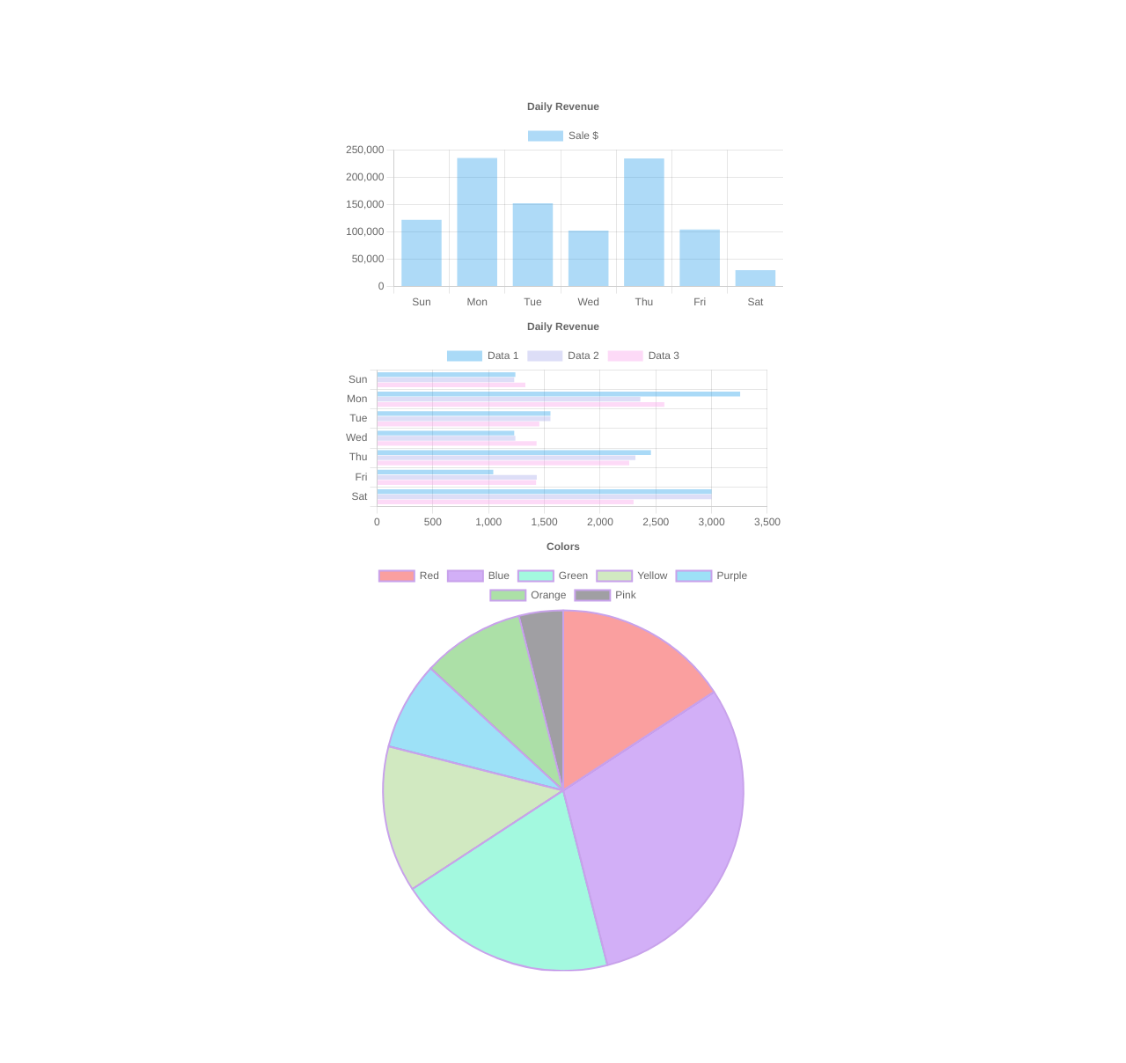
Repository: k8ANStar/exercise-5
Page: /
These files come from the project's save history. The page is drawn as it stood at one moment and after a run of saves; the edit follows.
The browser window is 1280 px wide. The pictures show the whole page, at 88% of full size.
The project was rebuilt for these pictures with package versions that can differ from the ones it lists, and the page was loaded fresh each time. The framework's server and built-in components were replaced by stand-ins that run in the browser. Also part of the build but not shown: next.config.mjs.

Above is the page before, as saved 2024-04-15 10:43:28.

### pages/index.js
import styles from "@/styles/Home.module.css";
import VerticalChart from "@/components/VerticalChart";
import HorizontalChart from "@/components/HorizontalChart";
import PieChart from "@/components/PieChart";

export default function Home() {
	return (
		<>
			<main className={`${styles.main} `}>
				<VerticalChart />

				<HorizontalChart />

				<PieChart />
			</main>
		</>
	);
}

### styles/Home.module.css
.main {
	display: flex;
	flex-direction: column;
	justify-content: space-between;
	align-items: center;
	padding: 6rem;
	min-height: 30vh;
}

### components/VerticalChart/index.js
import styles from "./VerticalChart.module.css";
import { Bar } from "react-chartjs-2";
import {
	Chart as ChartJS,
	CategoryScale,
	LinearScale,
	BarElement,
	Title,
	Tooltip,
	Legend,
} from "chart.js";

import { useEffect, useState } from "react";

ChartJS.register(
	CategoryScale,
	LinearScale,
	BarElement,
	Title,
	Tooltip,
	Legend
);

export default function VerticalChart() {
	const [chartData, setChartData] = useState({
		datasets: [],
	});
	const [chartOptions, setChartOptions] = useState({});

	useEffect(() => {
		setChartData({
			labels: ["Sun", "Mon", "Tue", "Wed", "Thu", "Fri", "Sat"],
			datasets: [
				{
					label: "Sale $",
					data: [122340, 235256, 152455, 102430, 234561, 104326, 30000],
					borderColor: "rgb(53, 162, 235)",
					backgroundColor: "rgb(53, 162, 235, 0.4)",
				},
			],
		});

		setChartOptions({
			plugins: {
				legend: {
					postion: "top",
				},
				title: {
					display: true,
					text: "Daily Revenue",
				},
			},
			maintainAspectRatio: false,
			responsive: true,
		});
	}, []);

	return (
		<div>
			<Bar
				data={chartData}
				options={chartOptions}
				style={{ width: "500px", height: "300px" }}
			/>
		</div>
	);
}

### components/HorizontalChart/index.js
import styles from "./HorizontalChart.module.css";
import { Bar } from "react-chartjs-2";
import {
	Chart as ChartJS,
	CategoryScale,
	LinearScale,
	BarElement,
	Title,
	Tooltip,
	Legend,
} from "chart.js";

import { useEffect, useState } from "react";

ChartJS.register(
	CategoryScale,
	LinearScale,
	BarElement,
	Title,
	Tooltip,
	Legend
);

export default function HorizontalChart() {
	const [chartData, setChartData] = useState({
		datasets: [],
	});
	const [chartOptions, setChartOptions] = useState({});

	useEffect(() => {
		setChartData({
			labels: ["Sun", "Mon", "Tue", "Wed", "Thu", "Fri", "Sat"],
			datasets: [
				{
					label: "Data 1",
					data: [1240, 3256, 1555, 1230, 2456, 1042, 3000],
					borderColor: "rgb(43, 162, 235)",
					backgroundColor: "rgb(43, 162, 235, 0.4)",
				},
				{
					label: "Data 2",
					data: [1230, 2361, 1555, 1240, 2317, 1432, 3000],
					borderColor: "rgb(170, 162, 235)",
					backgroundColor: "rgb(170, 172, 235, 0.4)",
				},
				{
					label: "Data 3",
					data: [1330, 2576, 1455, 1430, 2261, 1426, 2300],
					borderColor: "rgb(250, 162, 235)",
					backgroundColor: "rgb(250, 162, 235, 0.4)",
				},
			],
		});

		setChartOptions({
			indexAxis: "y",
			plugins: {
				legend: {
					postion: "top",
				},
				title: {
					display: true,
					text: "Daily Revenue",
				},
			},
			maintainAspectRatio: true,
			responsive: true,
		});
	}, []);

	return (
		<div>
			<Bar
				data={chartData}
				options={chartOptions}
				style={{ width: "500px", height: "300px" }}
			/>
		</div>
	);
}

### components/PieChart/index.js
import styles from "./PieChart.module.css";
import { Pie } from "react-chartjs-2";
import {
	Chart as ChartJS,
	CategoryScale,
	ArcElement,
	Tooltip,
	Legend,
} from "chart.js";

import { useEffect, useState } from "react";

ChartJS.register(CategoryScale, ArcElement, Tooltip, Legend);

export default function PieChart() {
	const [chartData, setChartData] = useState({
		datasets: [],
	});
	const [chartOptions, setChartOptions] = useState({});

	useEffect(() => {
		setChartData({
			labels: ["Red", "Blue", "Green", "Yellow", "Purple", "Orange", "Pink"],
			datasets: [
				{
					label: "# of Votes",
					data: [12, 23, 15, 10, 6, 7, 3],
					borderColor: "rgb(200, 162, 235)",
					backgroundColor: [
						"rgb(242, 15, 15, 0.4)",
						"rgb(143, 56, 234, 0.4)",
						"rgb(25, 240, 175, 0.4)",
						"rgb(140, 200, 100, 0.4)",
						"rgb(12, 180, 235, 0.4)",
						"rgb(49, 178, 35, 0.4)",
						"rgb(19, 16, 25, 0.4)",
					],
				},
			],
		});

		setChartOptions({
			plugins: {
				legend: {
					postion: "top",
				},
				title: {
					display: true,
					text: "Colors",
				},
			},
			maintainAspectRatio: false,
			responsive: true,
		});
	}, []);

	return (
		<div>
			<Pie
				data={chartData}
				options={chartOptions}
				style={{ width: "500px", height: "300px" }}
			/>
		</div>
	);
}

Loaded but not shown: pages/_app.js (common file); pages/_document.js (common file); styles/globals.css (common file); components/HorizontalChart/HorizontalChart.module.css (no stored copy; drawn as an empty file); components/PieChart/PieChart.module.css (no stored copy; drawn as an empty file); components/VerticalChart/VerticalChart.module.css (no stored copy; drawn as an empty file)

After the next 5 saves:
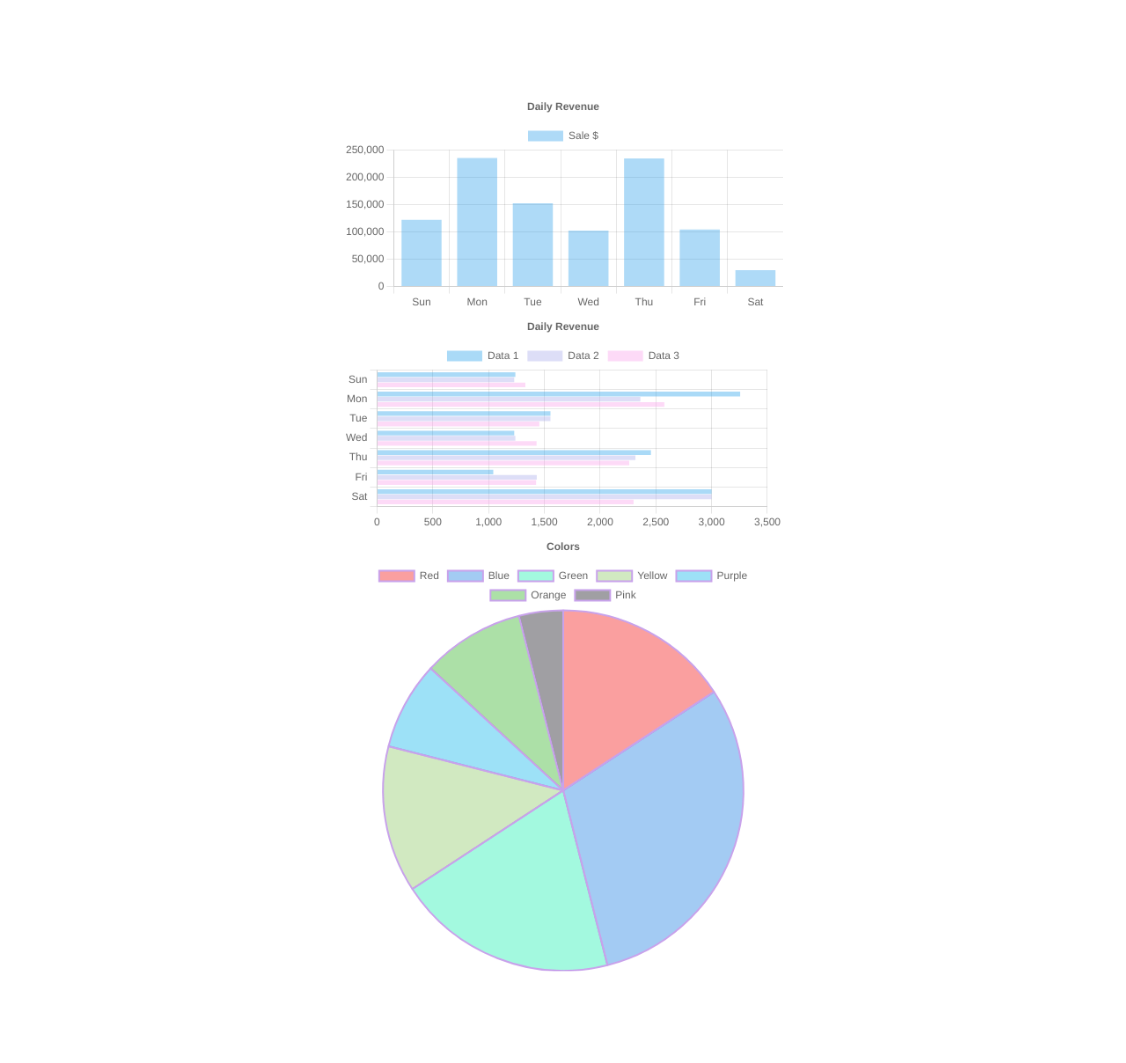
The 5 saves are shown as one change because they came seconds apart.
The last was saved 36 s later.
--- a/components/PieChart/index.js
+++ b/components/PieChart/index.js
@@ -28,7 +28,7 @@ export default function PieChart() {
 					borderColor: "rgb(200, 162, 235)",
 					backgroundColor: [
 						"rgb(242, 15, 15, 0.4)",
-						"rgb(143, 56, 234, 0.4)",
+						"rgb(25, 126, 226, 0.4)",
 						"rgb(25, 240, 175, 0.4)",
 						"rgb(140, 200, 100, 0.4)",
 						"rgb(12, 180, 235, 0.4)",
